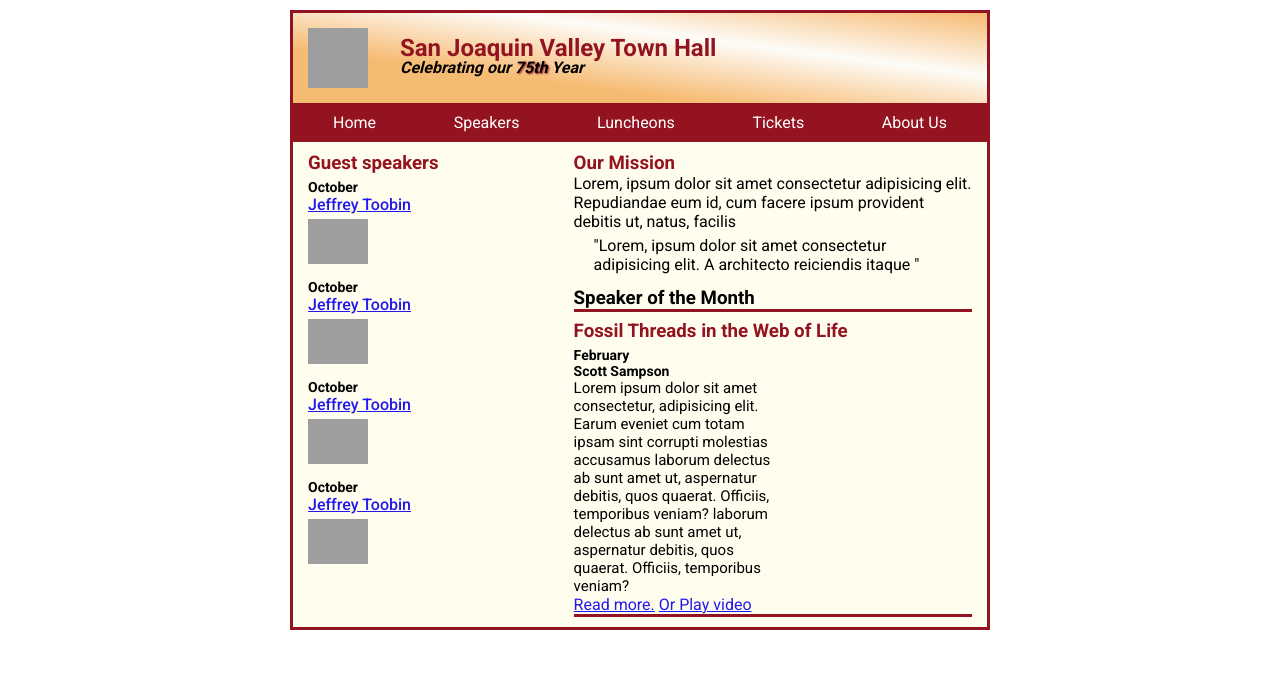
Repository: Mannj-nef/ex-5-6-7-8_IvVettech
Page: index.html
The author's editor kept a copy of each file at every save. The page is drawn from the files as they stood at one save, then again after the next save.
The browser window is 1280 px wide. The pictures show the whole page.
Pictures or frames that could not be fetched are drawn as grey boxes.

Above is the page before, as saved 2022-03-24 22:42:41.

### index.html
<!DOCTYPE html>
<html lang="en">
  <head>
    <meta charset="UTF-8" />
    <meta http-equiv="X-UA-Compatible" content="IE=edge" />
    <meta name="viewport" content="width=device-width, initial-scale=1.0" />
    <link rel="stylesheet" href="./Asset/style.css" />
    <link rel="preconnect" href="https://fonts.googleapis.com" />
    <link rel="preconnect" href="https://fonts.gstatic.com" crossorigin />
    <link
      href="https://fonts.googleapis.com/css2?family=Roboto:wght@300;400;500;700&display=swap"
      rel="stylesheet"
    />
    <title>Exercise5-6</title>
    <link
      rel="shortcut icon"
      href="https://iviettech.vn/wp-content/themes/viettech/img/front/favicon.ico"
      type="image/x-icon"
    />
  </head>
  <body>
    <div id="app">
      <header id="header">
        <div class="header-top">
          <div class="header-image__wrapper">
            <img
              src="https://source.unsplash.com/random"
              alt=""
              class="header-image"
            />
          </div>
          <div class="header-main">
            <h2 class="header-main__title">San Joaquin Valley Town Hall</h2>
            <p class="header-main__decs">
              Celebrating our
              <span class="header-main__decs-b"
                >75 <span class="header-main__decs-c">th</span>
              </span>
              Year
            </p>
          </div>
        </div>
        <div class="header-nav">
          <ul class="header-nav__list">
            <li class="header-nav__item">
              <a href="" class="header-nav__link">Home</a>
            </li>
            <li class="header-nav__item">
              <a href="" class="header-nav__link">Speakers</a>
            </li>
            <li class="header-nav__item">
              <a href="" class="header-nav__link">Luncheons</a>
            </li>
            <li class="header-nav__item">
              <a href="" class="header-nav__link">Tickets</a>
            </li>
            <li class="header-nav__item">
              <a href="" class="header-nav__link">About Us</a>
            </li>
          </ul>
        </div>
      </header>
      <section id="content">
        <div class="content-left">
          <h3 class="content-title">Guest speakers</h3>

          <div class="content-left__member">
            <p class="content__member-month">October</p>
            <a href="" class="content-left__member-link">Jeffrey Toobin</a>
            <div class="content-left__member-avata-wrapper">
              <img
                src="https://source.unsplash.com/random"
                alt=""
                class="content-left__member-avata"
              />
            </div>
          </div>
          <div class="content-left__member">
            <p class="content__member-month">October</p>
            <a href="" class="content-left__member-link">Jeffrey Toobin</a>
            <div class="content-left__member-avata-wrapper">
              <img
                src="https://source.unsplash.com/random"
                alt=""
                class="content-left__member-avata"
              />
            </div>
          </div>
          <div class="content-left__member">
            <p class="content__member-month">October</p>
            <a href="" class="content-left__member-link">Jeffrey Toobin</a>
            <div class="content-left__member-avata-wrapper">
              <img
                src="https://source.unsplash.com/random"
                alt=""
                class="content-left__member-avata"
              />
            </div>
          </div>
          <div class="content-left__member">
            <p class="content__member-month">October</p>
            <a href="" class="content-left__member-link">Jeffrey Toobin</a>
            <div class="content-left__member-avata-wrapper">
              <img
                src="https://source.unsplash.com/random"
                alt=""
                class="content-left__member-avata"
              />
            </div>
          </div>
        </div>
        <div class="constent-right">
          <div class="constent-right__top">
            <h3 class="content-title">Our Mission</h3>
            <p class="constent-right__desc">
              Lorem, ipsum dolor sit amet consectetur adipisicing elit.
              Repudiandae eum id, cum facere ipsum provident debitis ut, natus,
              facilis
            </p>
            <p class="constent-right__desc-sub">
              "Lorem, ipsum dolor sit amet consectetur adipisicing elit. A
              architecto reiciendis itaque "
            </p>
            <h3 class="constent-right-title">Speaker of the Month</h3>
          </div>
          <div class="constent-right__center">
            <h3 class="content-title">Fossil Threads in the Web of Life</h3>
            <div class="constent-right__center-right">
              <h3 class="content__member-month center-right_title">
                <p>February</p>
                Scott Sampson
              </h3>
              <p class="constent-right__center-desc">
                Lorem ipsum dolor sit amet consectetur, adipisicing elit. Earum
                eveniet cum totam ipsam sint corrupti molestias accusamus
                laborum delectus ab sunt amet ut, aspernatur debitis, quos
                quaerat. Officiis, temporibus veniam? laborum delectus ab sunt
                amet ut, aspernatur debitis, quos quaerat. Officiis, temporibus
                veniam?
              </p>
              <a href="" class="constent-right__center-link">Read more.</a>
              <a href="" class="constent-right__center-link">Or Play video</a>
            </div>
          </div>
        </div>
      </section>
    </div>
  </body>
</html>

### Asset/style.css
* {
  margin: 0;
  padding: 0;
  box-sizing: border-box;
}
html {
  font-family: "Roboto", sans-serif;
}
:root {
  --prymary-color: #931420;
  --white-color: #fff;
  --yellow-color: #ebc700;
  --blue-color: #2119ee;
  --size: 60px;
}

#app {
  margin: 10px auto;
  width: 700px;
  border: 3px solid var(--prymary-color);
}

#header {
}
.header-top {
  padding: 15px;
  display: flex;
  align-items: center;
  background-image: linear-gradient(
    to right top,
    #f6bb73 30%,
    #fefcf8,
    #f6bb73
  );
}
.header-image__wrapper {
  width: var(--size);
  height: var(--size);
  margin-right: 2em;
}
.header-image {
  width: 100%;
  height: 100%;
  object-fit: cover;
}
.header-main {
  line-height: 20px;
}
.header-main__title {
  color: var(--prymary-color);
}
.header-main__decs {
  color: #000;
  font-weight: 600;
  font-style: italic;
}
.header-main__decs-b {
  display: inline-flex;
  text-shadow: 1px 1px 2px var(--prymary-color);
}
.header-nav {
  background-color: var(--prymary-color);
}
.header-nav__list {
  list-style: none;
  display: flex;
  justify-content: space-between;
  padding: 0 20px;
}
.header-nav__item {
  padding: 10px 20px;
}
.header-nav__link {
  font-weight: 400;
  text-decoration: none;
  color: var(--white-color);
}
.header-nav__item:hover .header-nav__link {
  color: var(--yellow-color);
}

#content {
  background-color: #fffded;
  padding: 10px 15px;
  display: flex;
}

.content-left {
  width: 40%;
}
.content-title {
  color: var(--prymary-color);
}
.content-left__member {
}
.content__member-month {
  margin-top: 5px;
  font-size: 14px;
  font-weight: 600;
}
.content-left__member-link {
  font-weight: 500;
  color: var(--blue-color);
}
.content-left__member-avata-wrapper {
  width: var(--size);
  height: var(--size);
  display: flex;
  padding-top: 5px;
  padding-bottom: 10px;
}
.content-left__member-avata {
  width: 100%;
  height: 100%;
}
.constent-right {
  width: 60%;
}
.constent-right__desc-sub {
  padding: 5px 20px;
}
.constent-right-title {
  margin: 8px 0;
  font-weight: 600;
  color: #000;
  border-bottom: 3px solid var(--prymary-color);
}

.constent-right__center {
  border-bottom: 3px solid var(--prymary-color);
}

.constent-right__center-right {
  width: 50%;
}
.center-right_title {
  margin-right: 10px;
}
.constent-right__center-desc {
  font-size: 15px;
  line-height: 1.2;
}
.constent-right__center-link {
  color: var(--blue-color);
}

After the next save:
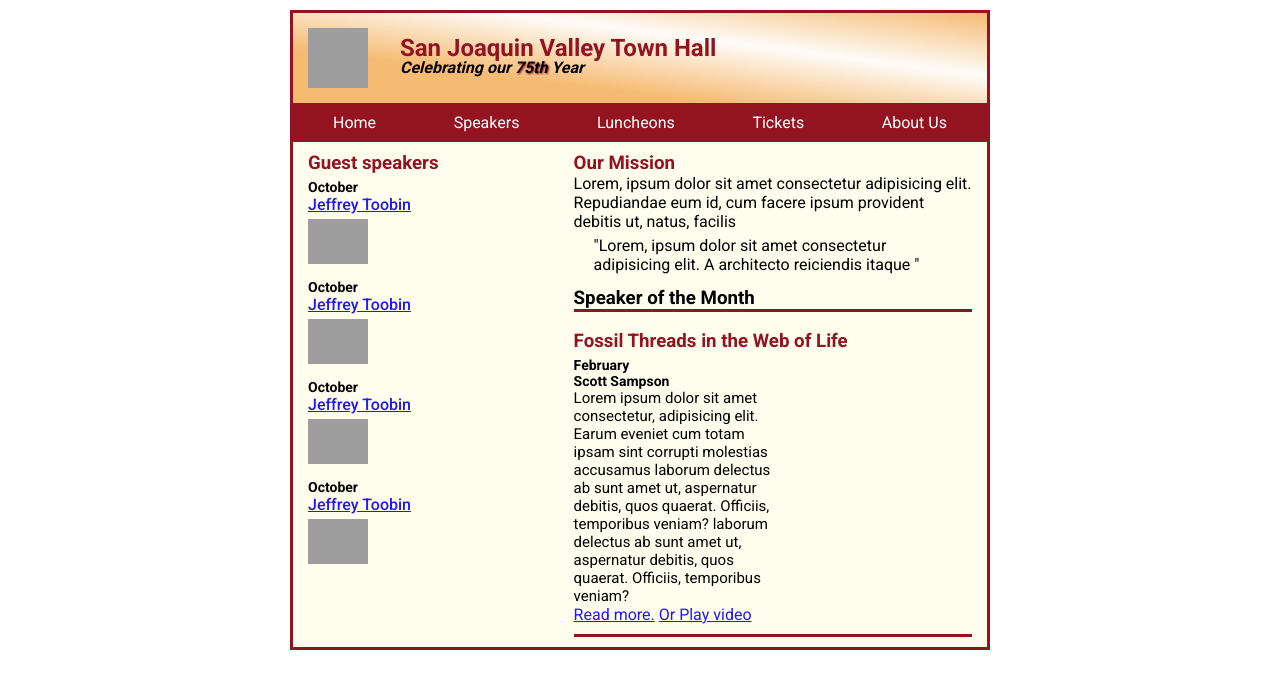
Saved 17 s later.
--- a/Asset/style.css
+++ b/Asset/style.css
@@ -127,6 +127,7 @@ html {
 }
 
 .constent-right__center {
+  padding: 10px 0;
   border-bottom: 3px solid var(--prymary-color);
 }
 
